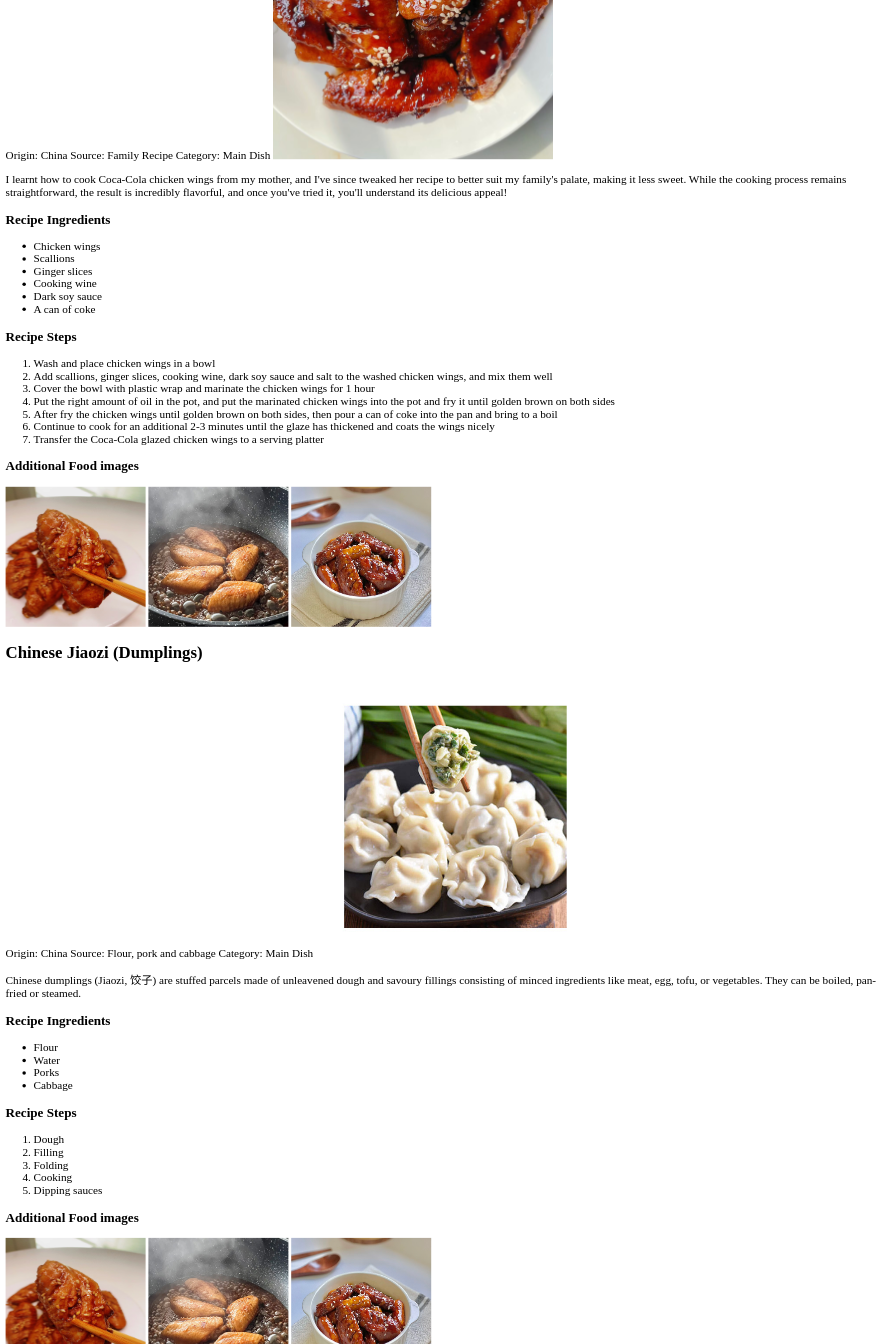
Repository: lulyany/starter_html
Page: recipes.html
The author's editor kept a copy of each file at every save. The page is drawn from the files as they stood at one save, then again after the next save.
The browser window is 1280 px wide. The pictures show the part of the page from y = 458 to 2378 px (the page is 3542 px tall before and 3524 px after), at 70% of full size.
A picture or video elsewhere on the page could not be fetched, so the positions and the page height are approximate.

Above is the page before, as saved 2023-09-16 00:54:20.

### recipes.html
<!DOCTYPE html>
<html lang="en">
<head>
    <meta charset="UTF-8">
    <meta name="viewport" content="width=device-width, initial-scale=1.0">
    <title>Recipes</title>
</head>
<body>
    <header>
        <a href="">Skip to Main Content</a>
        <nav>
            <ul>
                <li>
                    <a href="index.html">Pets</a>
                </li>
                <li>
                    <a href="travel.html">Travel</a>
                </li>
                <li>
                    <a href="recipes.html">Recipes</a>
                </li>
            </ul>
        </nav>
        </header>

    <main>
        <div>
            <h2>Coca-Cola Chicken Wings</h2>
            <span>Origin: China</span>
            <span>Source: Family Recipe</span>
            <span>Category: Main Dish</span>

            <img src="images/coca_cola_chicken_wings.jpg" width = "400" alt="Chicken wings.">
            <p>I learnt how to cook Coca-Cola chicken wings from my mother, and I've since tweaked her recipe to better suit my family's palate, making it less sweet. While the cooking process remains straightforward, the result is incredibly flavorful, and once you've tried it, you'll understand its delicious appeal!</p>
            <h3>Recipe Ingredients</h3>
            <ul>
                <li>Chicken wings</li>
                <li>Scallions</li>
                <li>Ginger slices</li>
                <li>Cooking wine</li>
                <li>Dark soy sauce</li>
                <li>A can of coke</li>
            </ul>

            <h3>Recipe Steps</h3>
            <ol>
                <li>Wash and place chicken wings in a bowl</li>
                <li>Add scallions, ginger slices, cooking wine, dark soy sauce and salt to the washed chicken wings, and mix them well</li>
                <li>Cover the bowl with plastic wrap and marinate the chicken wings for 1 hour</li>
                <li>Put the right amount of oil in the pot, and put the marinated chicken wings into the pot and fry it until golden brown on both sides</li>
                <li>After fry the chicken wings until golden brown on both sides, then pour a can of coke into the pan and bring to a boil</li>
                <li>Continue to cook for an additional 2-3 minutes until the glaze has thickened and coats the wings nicely</li>
                <li>Transfer the Coca-Cola glazed chicken wings to a serving platter</li>
            </ol>

            <h3>Additional Food images</h3>
            <img src="images/chicken_wings_chopsticks.jpg" width = "200" height="200" alt="A chicken wing picked up by chopsticks">
            <img src="images/boils_in_coke.jpg" width = "200" height="200" alt="Chicken wings boiled in coke">
            <img src="images/chicken-wings_and_rice_cake.jpg" width = "200" height="200" alt="Coca-cola chicken wings served with rice cake">

        </div>

        <div>
            <h2>Chinese Jiaozi (Dumplings)</h2>
            <span>Origin: China</span>
            <span>Source: Flour, pork and cabbage</span>
            <span>Category: Main Dish</span>

            <img src="images/jiaozi.jpeg" width = "400" alt="Some dumplings.">
            <p>Chinese dumplings (Jiaozi, 饺子) are stuffed parcels made of unleavened dough and savoury fillings consisting of minced ingredients like meat, egg, tofu, or vegetables. They can be boiled, pan-fried or steamed.
            </p>
            <h3>Recipe Ingredients</h3>
            <ul>
                <li>Flour</li>
                <li>Water</li>
                <li>Porks</li>
                <li>Cabbage</li>
            </ul>

            <h3>Recipe Steps</h3>
            <ol>
                <li>Dough</li>
                <li>Filling</li>
                <li>Folding</li>
                <li>Cooking</li>
                <li>Dipping sauces</li>
            </ol>

            <h3>Additional Food images</h3>
            <img src="images/chicken_wings_chopsticks.jpg" width = "200" height="200" alt="A chicken wing picked up by chopsticks">
            <img src="images/boils_in_coke.jpg" width = "200" height="200" alt="Chicken wings boiled in coke">
            <img src="images/chicken-wings_and_rice_cake.jpg" width = "200" height="200" alt="Coca-cola chicken wings served with rice cake">

        </div>

    <div>
        <h2>Double Chocolate Cookies</h2>
        <span>Origin: Michigan</span>
        <span>Source: Family Recipe</span>
        <span>Category: Dessert</span>

        <img src="images/double_chocolate_cookies.png" width = "400" alt="">
        <p>My daughter learned to make these cookies at a baking camp at Zingermanns and has tweaked the recipe to fit the taste buds of her siblings.  They are extremely sugary so the salt helps to balance it.  Note, these cookies are best eaten very quickly.</p>
        <h3>Recipe Ingredients</h3>
        <ul>
            <li>Unsalted butter</li>
            <li>Granulated Sugar</li>
            <li>Packed light or dark brown sugar</li>
            <li>Large egg</li>
            <li>Pure vanilla extract</li>
            <li>Semi-sweet chocolate chunks (melted)</li>
            <li>All-purpose flour</li>
            <li>Natural unsweetened cocoa powder</li>
            <li>Baking soda</li>
            <li>Salt</li>
            <li>Semi-sweet chocolate chunks</li>
        </ul>

        <h3>Recipe Steps</h3>
        <ol>
            <li>In a mixing bowl cream together the butter, granulated sugar, and brown sugar</li>
            <li>Add the egg and vanilla extract and beat well</li>
            <li>Add the melted chocolate</li>
            <li>In a separate bowl combine the flour, baking soda, cocoa powder and salt</li>
            <li>Combine the wet and dry ingredients</li>
            <li>Add the unmelted chocolate chunks.</li>
            <li>Form 15 cookies and place on a baking sheet.</li>
            <li>Cook for 12 to 13 minutes at 350 degrees.</li>
        </ol>

        <h3>Additional Food images</h3>
        <img src="images/double_chocolate_chips.png" width = "200" alt="A small pile of chocolate chips">
        <img src="https://images.immediate.co.uk/production/volatile/sites/30/2020/08/chocolate-d9ba778.jpg?quality=90&webp=true&resize=600,545" width = "200" alt="Chocolate melting in a boiler">
        <img src="https://upload.wikimedia.org/wikipedia/commons/8/82/Brown_sugar_examples.JPG" width = "200" alt="Brown sugar in three different shades of darkness">

    </div>
    </main>
</body>
</html>

After the next save:
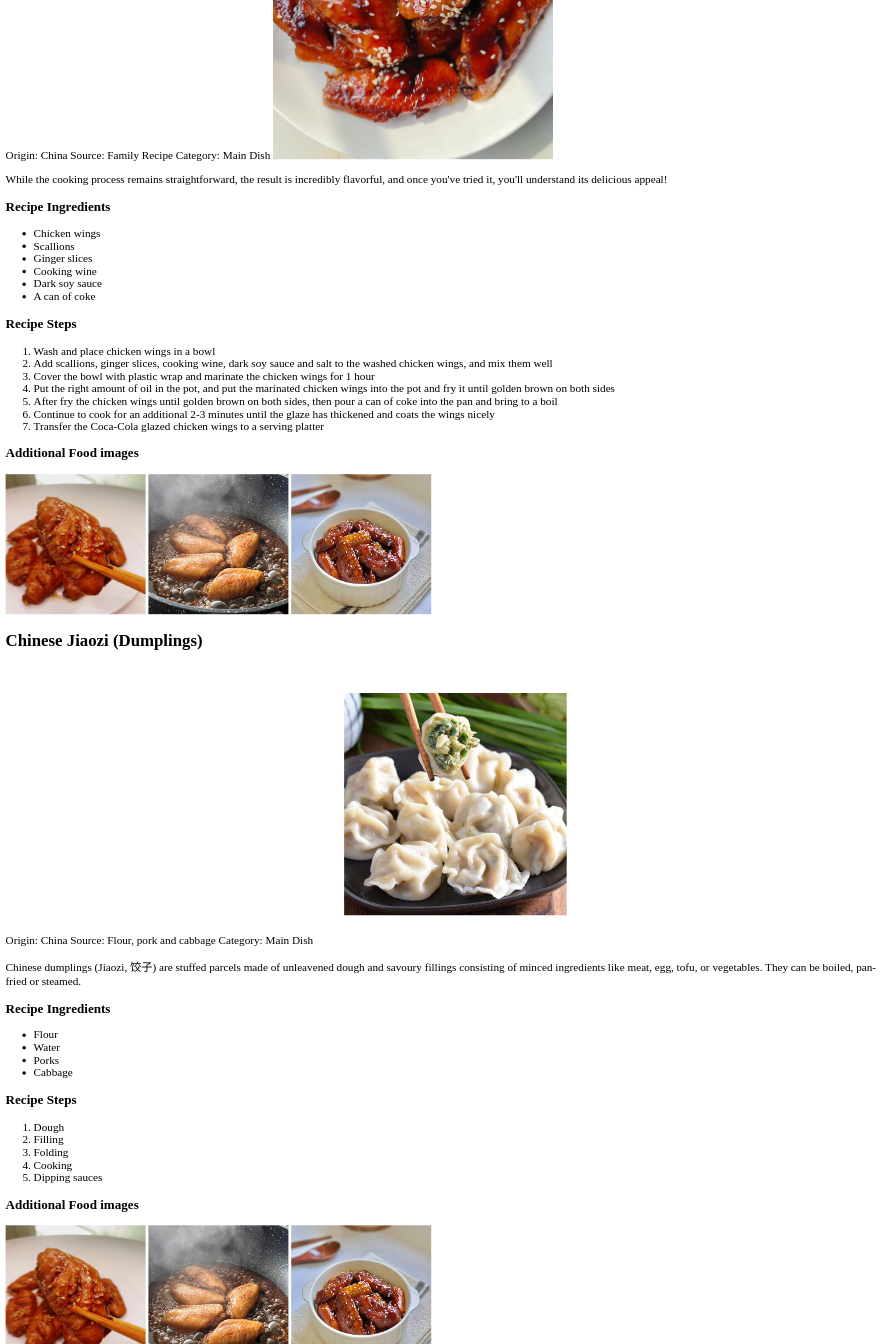
Saved 15 min 4 s later.
--- a/recipes.html
+++ b/recipes.html
@@ -31,7 +31,7 @@
             <span>Category: Main Dish</span>
 
             <img src="images/coca_cola_chicken_wings.jpg" width = "400" alt="Chicken wings.">
-            <p>I learnt how to cook Coca-Cola chicken wings from my mother, and I've since tweaked her recipe to better suit my family's palate, making it less sweet. While the cooking process remains straightforward, the result is incredibly flavorful, and once you've tried it, you'll understand its delicious appeal!</p>
+            <p> While the cooking process remains straightforward, the result is incredibly flavorful, and once you've tried it, you'll understand its delicious appeal!</p>
             <h3>Recipe Ingredients</h3>
             <ul>
                 <li>Chicken wings</li>
